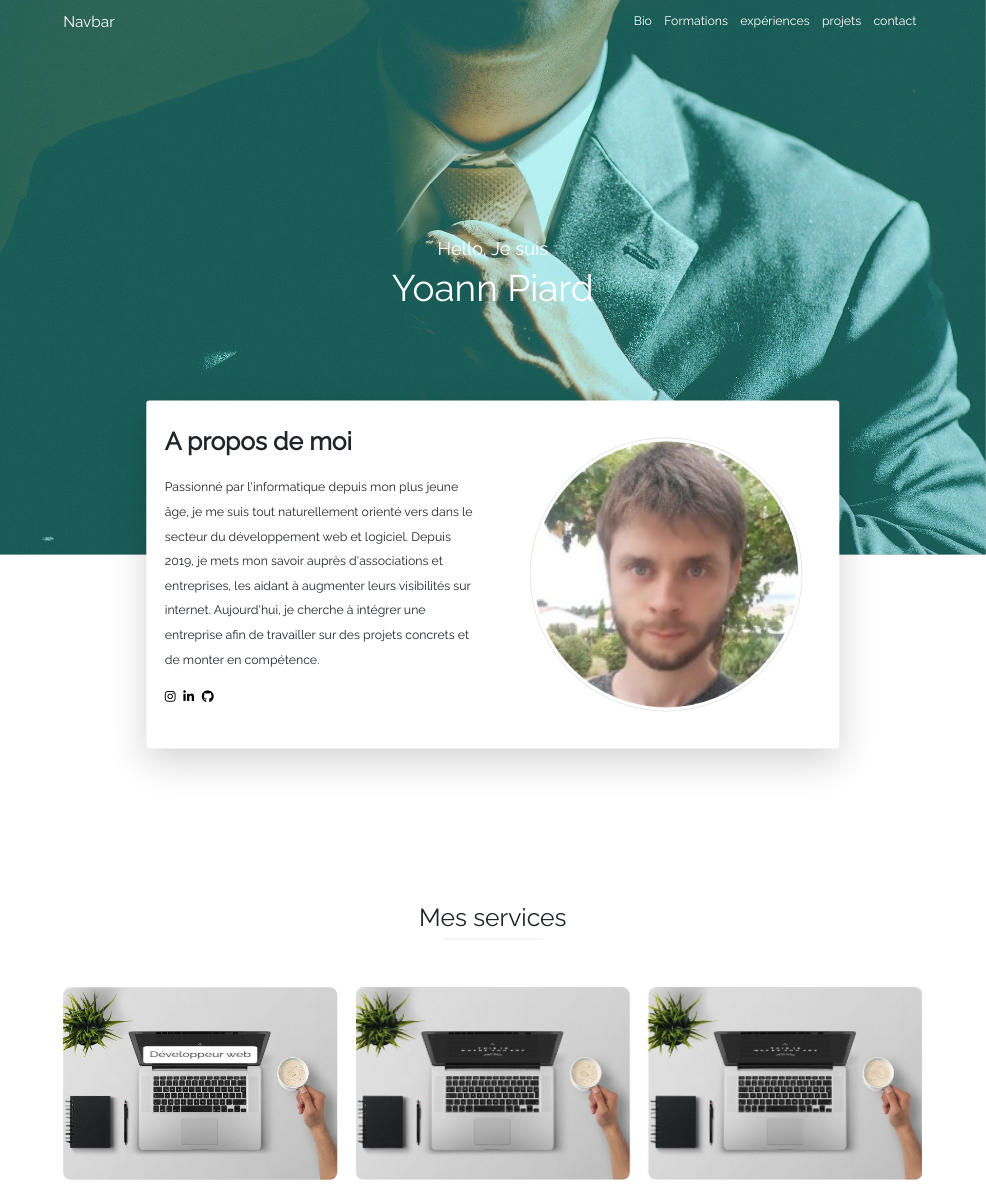
Repository: ypiard85/port-folio-bootstrap-yoann-2021
Page: index.html
An editor plug-in stored every save of this project. The page is shown before and after the next save, followed by the edit.
The browser window is 1280 px wide. The pictures show the whole page, at 77% of full size.
The pointer rests on the first visible `.service_card`.

Above is the page before, as saved 2021-03-09 16:08:45.
Console error: TypeError: window.onload is not a function

After the next save:
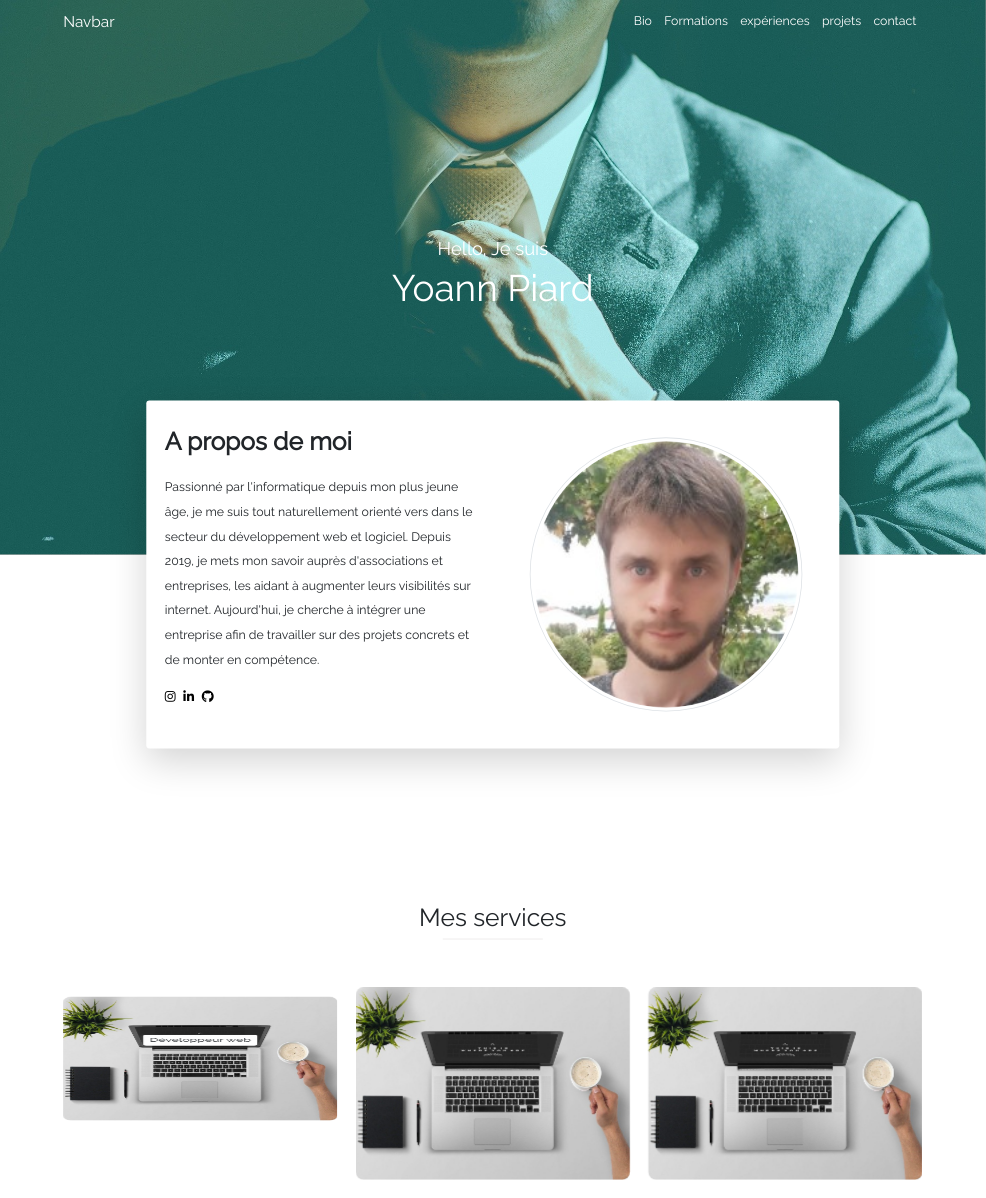
Saved 5 s later.
--- a/resource/style.css
+++ b/resource/style.css
@@ -124,7 +124,7 @@ header h1{
 }
 
 .service_card:hover{
-    /*animation: service_card forwards 1s;*/
+    animation: service_card forwards 1s;*/
 }
 
 .service_card:hover .service_btn{
